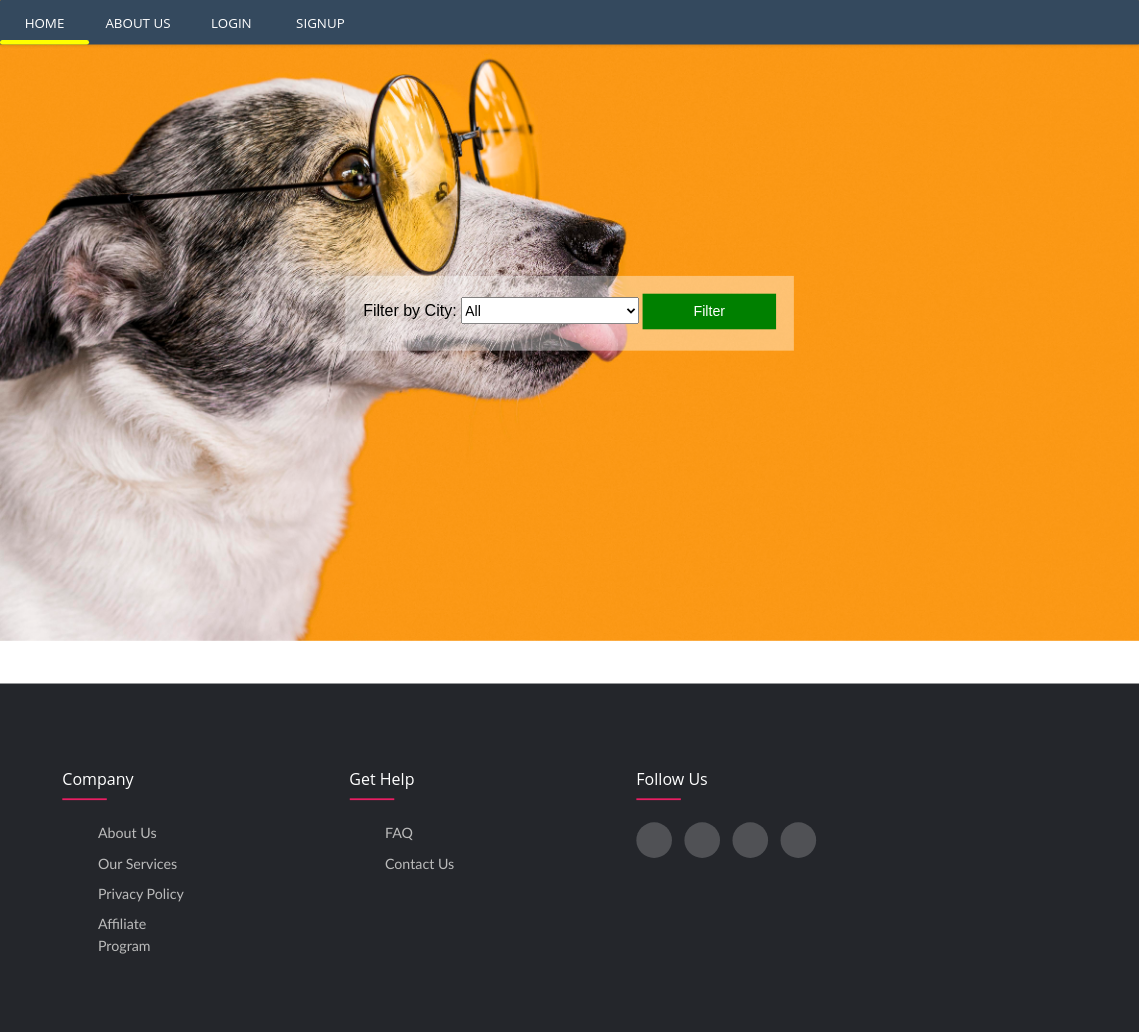
Repository: Chitti-g-k/Paw-Takers
Page: templates/homesign.html
These files come from the project's save history. The page is drawn as it stood at one moment and after the next save; the edit follows.
The browser window is 1280 px wide. The pictures show the whole page, at 89% of full size.
The template is drawn by Django 4.2. The application's start-up code is not run. Other server files are loaded and not shown. The template is opened directly, without the code that normally fills it, so the values that code supplies are empty.

Above is the page before, as saved 2023-05-26 12:09:50.

### templates/homesign.html
{% comment %} {% extends 'base.html' %} {% endcomment %}

{% block content %}
{% load static %}

<style>
    .container {
        display: flex;
        flex-wrap: wrap;
        gap: 20px;
    }

    .profile {
        display: flex;
        align-items: center;
        gap: 20px;
        margin-bottom: 20px;
    }

    .image-container {
        flex: 0 0 200px;
    }

    .image {
        width: 100%;
        height: auto;
        object-fit: cover;
    }

    .profile-details {
        flex-grow: 1;
    }

    .name {
        font-weight: bold;
    }

    .address {
        margin-top: 5px;
    }

    .description {
        margin-top: 10px;
    }

    .call-button {
        margin-top: 10px;
    }

    .container:hover {
        box-shadow: 0 0 10px rgba(0, 0, 0, 0.3); /* Add box shadow effect on hover */
        background-image: url('{% static "r_bg.jpg" %}');
        /* Add background image on hover */
        background-repeat: repeat; /* Set the background image to repeat */
        background-size: auto; /* Reset the background image size */
        background-position: fixed; /* Reset the background image position */
    }

    @import url('https://fonts.googleapis.com/css2?family=Poppins:wght@300;400;500;600;700&display=swap');

    body {
        line-height: 1.5;
        font-family: 'Poppins', sans-serif;
    }

    .container {
        max-width: 1170px;
        margin: auto;
    }

    .row {
        display: flex;
        flex-wrap: wrap;
    }

    ul {
        list-style: none;
    }

    .nav-bar{
        width: 100%;
    }


    .navbar{
        display: flex;
        align-items: center;
        justify-content: space-around;
        padding-top:20px;
        padding-left: 10%;
        padding-right:10%;
        background-color: rgba(0,0,0,0.8);
        height: 8vh;


    }

    .navbar ul li{
        list-style-type: none;
        display: inline-block;
        padding: 10px 20px;
    }

    .navbar ul li a{
        text-decoration: none;
        font-weight: 500;
        color:yellow;
        font-family: 'Roboto', sans-serif;
        font-size: 11px;
        text-transform: uppercase;
        letter-spacing: 2.5px;

    }

    .navbar ul li a:hover{
        color: white;
        transition: .4s;
        font-size: medium;
        font-weight: 500;
    }
    .container_view{
        max-width: 1170px;
        margin:auto;
    }
    .row{
        display: flex;
        flex-wrap: wrap;
    }
    ul{
        list-style: none;
    }
    .footer{
        background-color: #24262b;
        padding: 70px 0;
    }
    .footer-col{
        width: 25%;
        padding: 0 15px;
    }
    .footer-col h4{
        font-size: 18px;
        color: #ffffff;
        text-transform: capitalize;
        margin-bottom: 35px;
        font-weight: 500;
        position: relative;
    }
    .footer-col h4::before{
        content: '';
        position: absolute;
        left:0;
        bottom: -10px;
        background-color: #e91e63;
        height: 2px;
        box-sizing: border-box;
        width: 50px;
    }
    .footer-col ul li:not(:last-child){
        margin-bottom: 10px;
    }
    .footer-col ul li a{
        font-size: 16px;
        text-transform: capitalize;
        color: #ffffff;
        text-decoration: none;
        font-weight: 300;
        color: #bbbbbb;
        display: block;
        transition: all 0.3s ease;
        font-family: 'Gill Sans', 'Gill Sans MT', Calibri, 'Trebuchet MS', sans-serif;
    }
    .footer-col ul li a:hover{
        color: #ffffff;
        padding-left: 8px;
    }
    .footer-col .social-links a{
        display: inline-block;
        height: 40px;
        width: 40px;
        background-color: rgba(255,255,255,0.2);
        margin:0 10px 10px 0;
        text-align: center;
        line-height: 40px;
        border-radius: 50%;
        color: #ffffff;
        transition: all 0.5s ease;
    }
    .footer-col .social-links a:hover{
        color: #24262b;
        background-color: #ffffff;
        align-item:center;
        margin:auto;
    }

    .form_city {
        display: flex;
        justify-content: center;
        align-items: center;
        height: 100vh;
        background-image: url('{% static "filter_background.jpg" %}');
        background-repeat: no-repeat;
        background-size: cover;
        font-family: Arial, sans-serif;
    }

    .city_form {
        display: flex;
        flex-direction: column;
        align-items: center;
        background-color: rgba(255, 255, 255, 0.4);
        padding: 20px;
    }

    .city_form label {
        font-size: 18px;
        margin-bottom: 10px;
    }

    .city_form select {
        width: 200px;
        height: 30px;
        font-size: 16px;
        margin-bottom: 10px;
    }

    .city_form button {
        width: 150px;
        height: 40px;
        font-size: 16px;
        background-color: green;
        color: white;
        border: none;
        cursor: pointer;
        transition: background-color 0.3s ease;
    }

    .city_form button:hover {
        background-color: darkgreen;
    }

</style>
<style>
    body {
        font-family: 'Open Sans', sans-serif;

        margin: 0; /* Add this to remove body default margin */
    }
    nav {
        position: fixed; /* Change position to fixed */
        top: 0; /* Position it at the top */
        left: 0; /* Align it to the left */
        width: 100%; /* Make it full width */
        height: 50px;
        background: #34495e;
        border-radius: 1px;
        font-size: 0;
        box-shadow: 0 2px 3px 0 rgba(0,0,0,0.1);
        z-index: 100; /* Add a higher z-index to keep it above other elements */
    }

    /* Rest of the CSS styles remain the same */
    nav a {
        font-size: 15px;
        text-transform: uppercase;
        color: white;
        text-decoration: none;
        line-height: 50px;
        position: relative;
        z-index: 1;
        display: inline-block;
        text-align: center;
    }
    nav .animation {
        position: absolute;
        height: 5px;
        bottom: 0;
        z-index: 0;
        background: yellow;
        transition: all .5s ease 0s;
        border-radius: 8px;
    }
    a:nth-child(1) {
        width: 100px;
    }
    nav .start-home,a:nth-child(1):hover~.animation {
        width: 100px;
        left: 0;
    }
    a:nth-child(2) {
        width: 110px;
    }
    nav .start-about,a:nth-child(2):hover~.animation {
        width: 110px;
        left: 100px;
    }
    a:nth-child(3) {
        width: 100px;
    }
    nav .start-login,a:nth-child(3):hover~.animation {
        width: 100px;
        left: 210px;
    }
    a:nth-child(4) {
        width: 100px;
    }
    nav .start-signup,a:nth-child(4):hover~.animation {
        width: 100px;
        left: 250px;
    }
</style>
</head>
<body>
<nav>
    <a href="/display">Home</a>
    <a href="#">About Us</a>
    <a href="#">Login</a>
    <a href="#">SignUp</a>
    <div class="animation start-home"></div>
</nav>
<!-- Add other content below the navbar if necessary -->
</body>
<div class=form_city>
<form method="GET" action="" class="city_form">
    <div class="inner_form">
    <label for="city">Filter by City:</label>
    <select id="city" name="city">
        <option value="">All</option>
        {% for city in cities %}
            <option value="{{ city }}" {% if selected_city == city %}selected{% endif %}>{{ city }}</option>
        {% endfor %}
    </select>
    <button type="submit">Filter</button>
    </div>
</form>
</div>
<br>
<br>
    {% for profile in profiles %}
    <div class="container">
    <div class="profile">
        <div class="image-container">
            <img src="{{ profile.image.url }}" alt="Person Image" class="image">
        </div>
        <div class="profile-details">
            <div class="name">{{ profile.name }}</div>
            <div class="address">{{ profile.city }},{{ profile.state }}</div>
            <div class="description">
                <p>Service Description:</p>
                <p>{{ profile.description }}</p>
            </div>
            <button class="call-button" onclick="callPerson('+91 8848699797')">
                <i class="fas fa-phone"></i>Call
            </button>
            <button class="call-button">
            <a href="{% url 'caretaker:profile' profile.pk %}" class="stretched-link">View More </a>
            </button>
        </div>
    </div>
</div>
<br>
<br>
    {% endfor %}



    <footer class="footer">
        <div class="container_view">
            <div class="row">
                <div class="footer-col">
                    <h4>company</h4>
                    <ul>
                        <li><a href="#">about us</a></li>
                        <li><a href="#">our services</a></li>
                        <li><a href="#">privacy policy</a></li>
                        <li><a href="#">affiliate program</a></li>
                    </ul>
                </div>
                <div class="footer-col">
                    <h4>get help</h4>
                    <ul>
                        <li><a href="#">FAQ</a></li>
                        <li><a href="#">Contact Us</a></li>
                    </ul>
                </div>

                <div class="footer-col">
                    <h4>follow us</h4>
                    <div class="social-links">
                        <a href="#"><i class="fab fa-facebook-f"></i></a>
                        <a href="#"><i class="fab fa-twitter"></i></a>
                        <a href="#"><i class="fab fa-instagram"></i></a>
                        <a href="#"><i class="fab fa-linkedin-in"></i></a>
                    </div>
                </div>
            </div>
        </div>
    </footer>

{% endblock %}

After the next save:
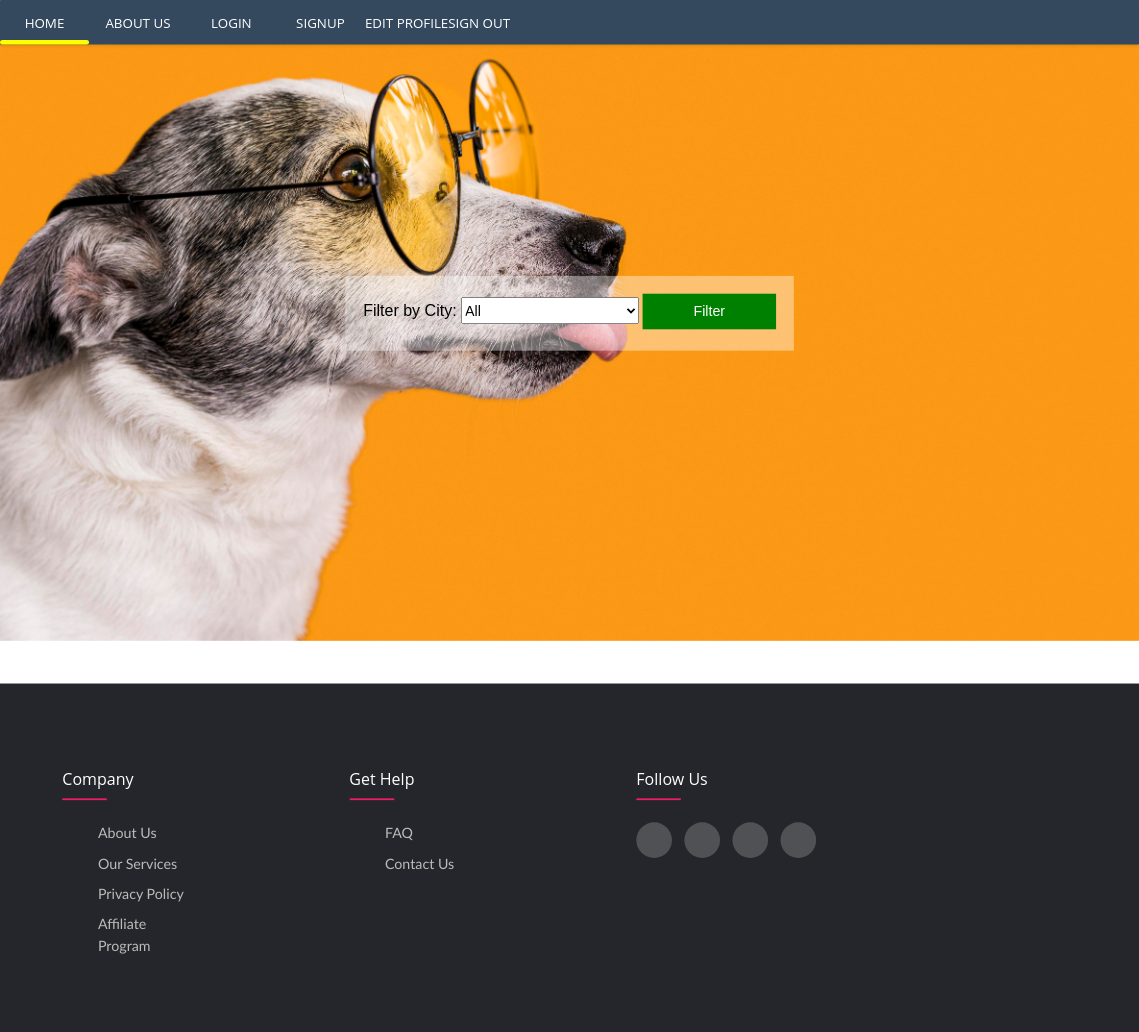
Saved 2 h 22 min later.
--- a/templates/homesign.html
+++ b/templates/homesign.html
@@ -312,9 +312,11 @@
 <body>
 <nav>
     <a href="/display">Home</a>
-    <a href="#">About Us</a>
-    <a href="#">Login</a>
-    <a href="#">SignUp</a>
+        <a href="/">About Us</a>
+        <a href="{% url 'account_login'%}">Login</a>
+        <a href="{% url 'account_signup' %}">SignUp</a>
+    <a href="">Edit Profile</a>
+    <a href="{% url 'account_logout'%}"> Sign Out</a>
     <div class="animation start-home"></div>
 </nav>
 <!-- Add other content below the navbar if necessary -->
